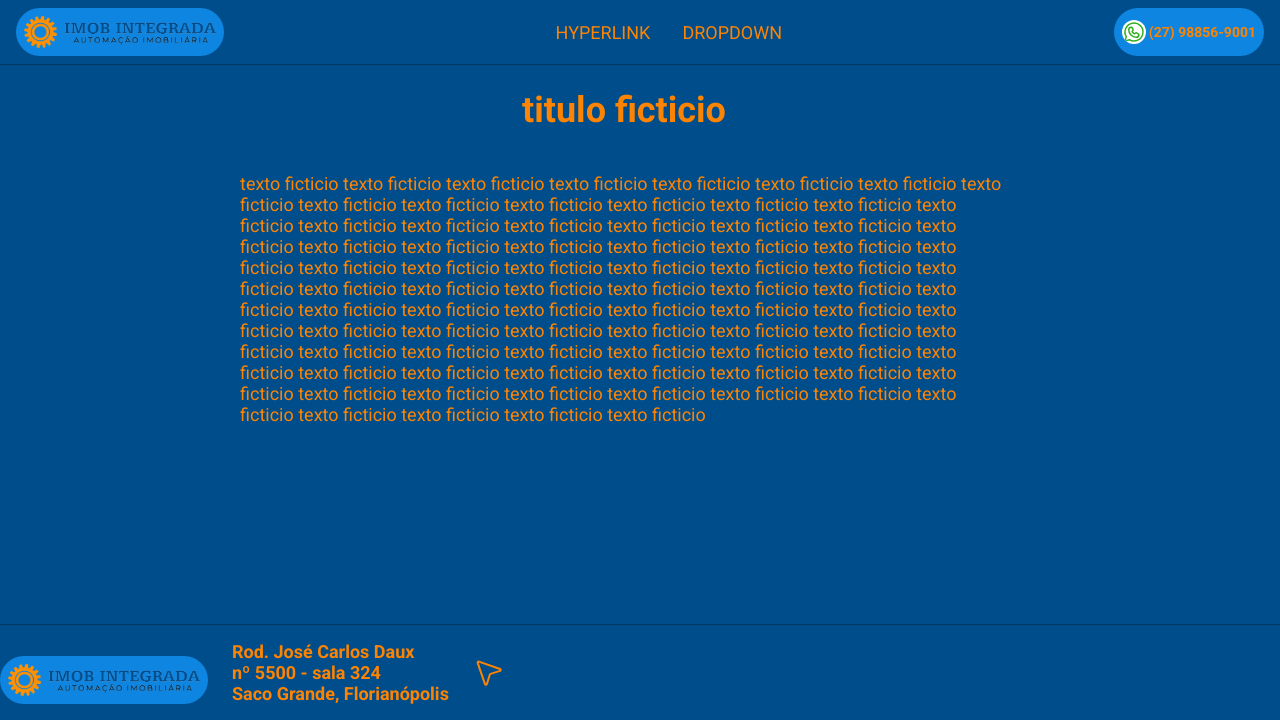
Repository: K0slov/testeAPI
Page: /
The author's editor kept a copy of each file at every save. The page is drawn from the files as they stood at one save, then again after the next save.
The browser window is 1280 px wide. The pictures show the whole page.
The project was rebuilt for these pictures with package versions that can differ from the ones it lists, and the page was loaded fresh each time. Also part of the build but not shown: vite.config.ts, src/components/SelectBar/styles.css, src/components/SelectBar/selectBar.tsx.

Above is the page before, as saved 2022-06-28 17:10:45.

### index.html
<!DOCTYPE html>
<html lang="en">
  <head>
    <meta charset="UTF-8" />
    <link rel="icon" type="image/svg+xml" href="/src/favicon.svg" />
    <meta name="viewport" content="width=device-width, initial-scale=1.0" />
    <link rel="preconnect" href="https://fonts.googleapis.com" />
    <link rel="preconnect" href="https://fonts.gstatic.com" crossorigin />
    <link href="https://fonts.googleapis.com/css2?family=Roboto:wght@400;500;700&display=swap" rel="stylesheet" />
    <title>Teste Imob</title>
  </head>
  <body>
    <div id="root"></div>
    <script type="module" src="/src/main.tsx"></script>
  </body>
</html>

### src/App.tsx
import { Footer } from "./components/Footer/footer"
import { Header } from "./components/Header/header"
import { Home } from "./pages/home"

function App() {
  return (
    <>
      <Header />
        <Home />
      <Footer />
    </>
  )
}

export default App

### src/styles/global.css
body {
  width: 100%;
  height: 100%;
  margin: 0;
  font-family: 'Roboto', sans-serif;
  font-size: 18px;
  -webkit-font-smoothing: antialiased;
  -moz-osx-font-smoothing: grayscale;
  background-color: #004d8b;
  color: white;
}
code {
  font-family: source-code-pro, Menlo, Monaco, Consolas, 'Courier New',
    monospace;
}

### src/components/Footer/footer.tsx
import './style.css'
import image from '../../assets/logoLaranja.png'
import { NavigationArrow } from 'phosphor-react'

export function Footer() {
    return (
        <footer>
            <img src={image} />
            <a className='adressLink' href='https://www.google.com/maps/dir/-20.165736,-40.2578957/imob+integrada/@-23.8194615,-49.2158798,6z/data=!3m1!4b1!4m9!4m8!1m1!4e1!1m5!1m1!1s0x9527473fa16aca85:0xaacb5a64ef59b145!2m2!1d-48.5090423!2d-27.5352896' target='_blank'>
                <div className='adress'>
                    <span>Rod. José Carlos Daux</span>
                    <span>nº 5500 - sala 324</span>
                    <span>Saco Grande, Florianópolis</span>
                </div>
                <NavigationArrow size={32} />
            </a>
        </footer>
    )
}

### src/components/Header/header.tsx
import './style.css'
import image from '../../assets/logoLaranja.png'
import { WhatsappLogo } from "phosphor-react";
import { useState } from 'react';
import { SelectBar } from '../SelectBar/selectBar';

export function Header() {
    const [navbar, setNavbar] = useState(false)
    const showSidebar = () => setNavbar(!navbar)

    return(
        <header className='header'>
            <img className='img' src={image} />

            <nav className="menu">
                <a className="menu-item" href="https://www.youtube.com/watch?v=FavUpD_IjVY&t=2s" target='_blank'>HYPERLINK</a>
                <a  onClick={showSidebar}><span className="menu-item"> DROPDOWN</span>
                <nav className={navbar ? 'nav-menu active' : 'nav-menu'}>
                    <ul className='nav-menu-items' onClick={showSidebar}>
                    {navbar && <SelectBar />}
                    </ul>
                </nav>
                </a>
            </nav>

            <a className="wppLink" href="https://wa.me/+5527988569001" target="_blank">
                <div className="wpp">
                    <WhatsappLogo className="icon" size={24} color="#34af23" />
                    <p className="number">(27) 98856-9001</p>
                </div>
            </a>
        </header>
    )
}

### src/pages/home.tsx
import { CardsGroup } from "../components/CardsGroup/cardsGroup";
import { Conteudo } from "../components/Conteudo/conteudo";

export function Home() {
    return(
        <>
            {/* <h1 style={{display: "flex", alignItems: "center", flexDirection: "column-reverse", color: "#fd8402", cursor: "default" }}> Teste de chamada de API </h1>
            <CardsGroup /> */}
            <Conteudo />
        </>
    )
}

### src/components/Footer/style.css
footer {
    width: 100%;
    padding: 1rem 0rem;
    background-color: #004d8b;
    display: flex;
    color: #fd8402;
    bottom: 0;
    align-items: self-end;
    justify-content: flex-start;
    border-top: 1px solid;
    border-color: #023761;
    position: fixed;
}
img {
    width: 12rem;
    height: 2rem;
    background: #0e86e1;
    border-radius: 5rem;
    padding: 0.5rem;
}
.adress {
    display: flex;
    flex-direction: column;
    margin: 0rem 1.5rem;
}
.adressLink {
    text-decoration: none;
    color: #fd8402;
    font-weight: bold;
    display: flex;
    align-items: center;
    justify-content: flex-start;
}

### src/components/Header/style.css
.header{
    padding: 0.5rem 1rem;
    background-color: #004d8b;
    display: flex;
    align-items: center;
    color: #fd8402;
    justify-content: space-between;
    border-bottom: 1px solid ;
    border-color: #023761;
}
.img{
    width: 12rem;
    height: 2rem;
    background: #0e86e1;
    border-radius: 5rem;
    padding: 0.5rem;
}
.wpp {
    width: auto;
    height: 2rem;
    display: flex;
    flex-direction: row;
    background: #0e86e1;
    border-radius: 5rem;
    padding: 0.5rem;
    align-items: center;
    justify-content: flex-start;
}
.number {
    margin-left: 0.2rem;
    font-size: 14px;
}
.wppLink {
    text-decoration: none;
    color: #fd8402;
    font-weight: bold;
}
.wppLink:hover {
    color: #0e86e1;
    transition-duration: 150ms;
}
.wpp:hover {
    background: #fd8402;
    transition-duration: 150ms;
}
.menu {
    display: flex;
    justify-content: space-between;
}

.menu-item {
    margin: 0rem 1rem;
    color: #fd8402;
    text-decoration: none;
    cursor: pointer;
}
.menu-item:hover {
    opacity: 40%;
}
.icon {
    background: white;
    border-radius: 50%;
}
.nav-menu-items {
    position: fixed;
    display: flex;
    margin: 0;
    transition-duration: 250ms;
}

### src/components/Conteudo/conteudo.tsx
import './style.css'

export function Conteudo() {
    return (
        <div className="caixa">
            <h1 className="titulo-da-caixa"> titulo ficticio </h1>
            <p className="texto-da-caixa"> texto ficticio texto ficticio texto ficticio texto ficticio texto ficticio texto ficticio texto ficticio texto ficticio texto ficticio texto ficticio texto ficticio texto ficticio texto ficticio texto ficticio texto ficticio texto ficticio texto ficticio texto ficticio texto ficticio texto ficticio texto ficticio texto ficticio texto ficticio texto ficticio texto ficticio texto ficticio texto ficticio texto ficticio texto ficticio texto ficticio texto ficticio texto ficticio texto ficticio texto ficticio texto ficticio texto ficticio texto ficticio texto ficticio texto ficticio texto ficticio texto ficticio texto ficticio texto ficticio texto ficticio texto ficticio texto ficticio texto ficticio texto ficticio texto ficticio texto ficticio texto ficticio texto ficticio texto ficticio texto ficticio texto ficticio texto ficticio texto ficticio texto ficticio texto ficticio texto ficticio texto ficticio texto ficticio texto ficticio texto ficticio texto ficticio texto ficticio texto ficticio texto ficticio texto ficticio texto ficticio texto ficticio texto ficticio texto ficticio texto ficticio texto ficticio texto ficticio texto ficticio texto ficticio texto ficticio texto ficticio texto ficticio texto ficticio </p>
        </div>
    )
}

### src/components/Conteudo/style.css
div.caixa {
    display: flex;
    flex-direction: column;
    justify-content: center;
    align-items: center;
    align-self: center;
    width: 60%;
    margin-left:15rem
}
h1.titulo-da-caixa {
    color: #fd8402;
    cursor: alias;
}
p.texto-da-caixa {
    color: #fd8402;
    cursor: alias;
}

Loaded but not shown: src/main.tsx (common file)

After the next save:
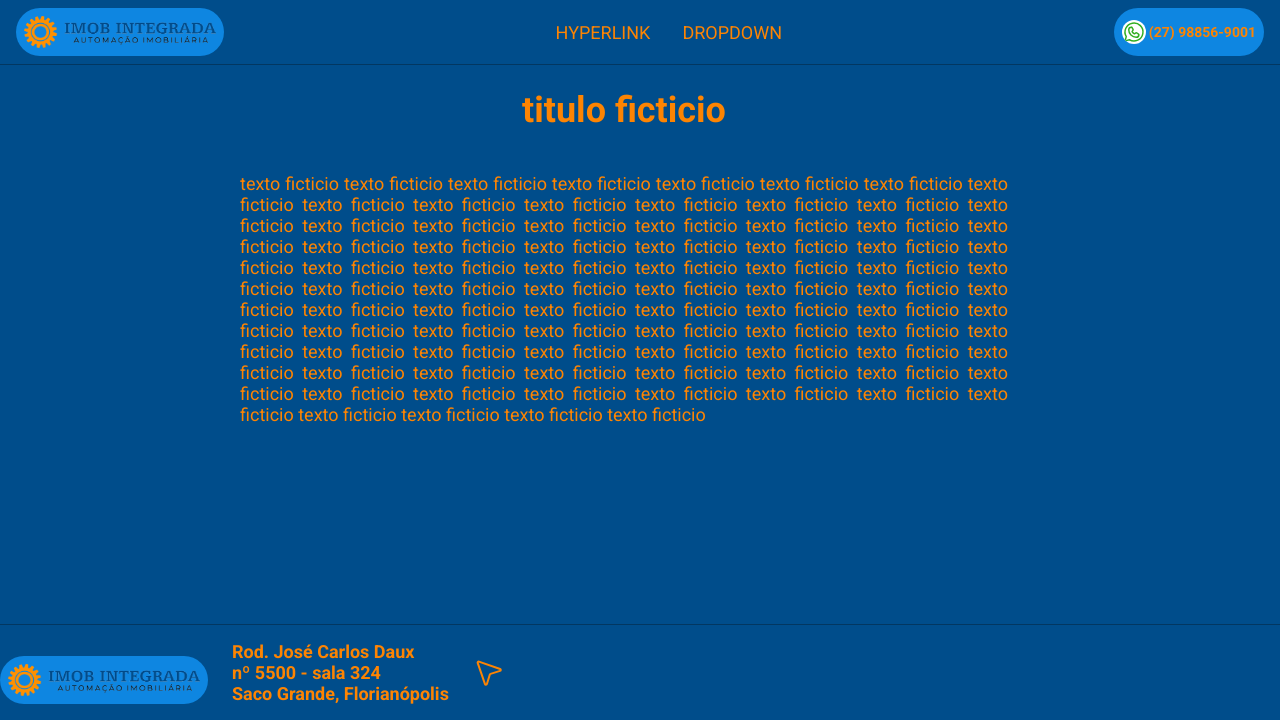
Saved 43 s later.
--- a/src/components/Conteudo/style.css
+++ b/src/components/Conteudo/style.css
@@ -14,4 +14,5 @@ h1.titulo-da-caixa {
 p.texto-da-caixa {
     color: #fd8402;
     cursor: alias;
+    text-align: justify;
 }
